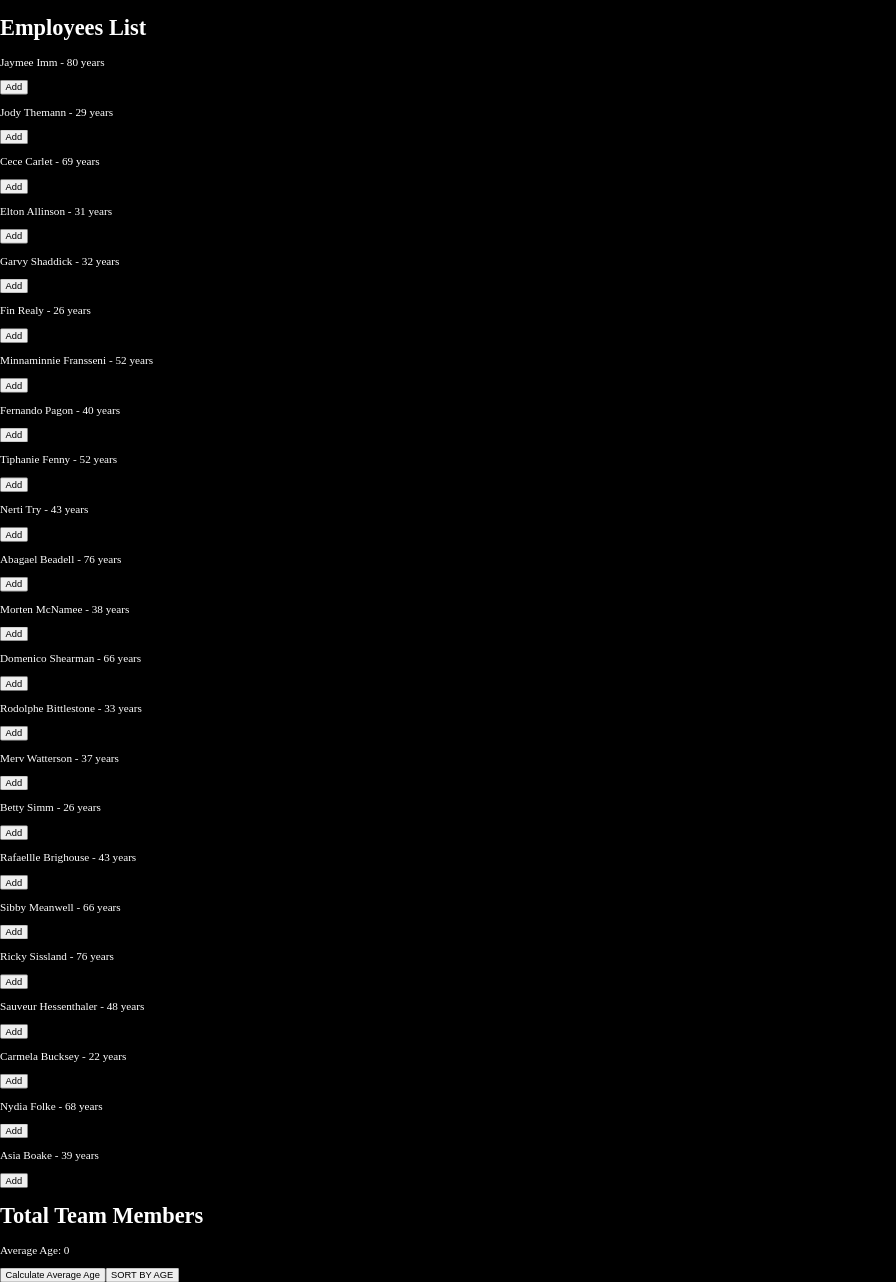
Repository: sriram1224/Teams-list
Page: /
An editor plug-in stored every save of this project. The page is shown before and after the next save, followed by the edit.
The browser window is 1280 px wide. The pictures show the whole page, at 70% of full size.
The project was rebuilt for these pictures with package versions that can differ from the ones it lists, and the page was loaded fresh each time.

Above is the page before, as saved 2024-03-26 21:47:38.

### src/index.css
body {
  margin: 0;
 background-color: black;
 color : white;
}

code {
  font-family: source-code-pro, Menlo, Monaco, Consolas, 'Courier New',
    monospace;
}

### src/App.js
import Main from "./main";
import React from 'react';

function App() {
  return (
    <div >
      <Main />
    </div>
  );
}

export default App;

### src/main.jsx
import React, { useReducer } from 'react';
import EmployeesList from './EmloyeesList';
import TotalEmployees from './TotalEmployees';

const employees = [
  {"id":1,"first_name":"Jaymee","last_name":"Imm","email":"jimm0@craigslist.org","gender":"Genderqueer","age":80},
{"id":2,"first_name":"Jody","last_name":"Themann","email":"jthemann1@skyrock.com","gender":"Agender","age":29},
{"id":3,"first_name":"Cece","last_name":"Carlet","email":"ccarlet2@jalbum.net","gender":"Male","age":69},
{"id":4,"first_name":"Elton","last_name":"Allinson","email":"eallinson3@jugem.jp","gender":"Male","age":31},
{"id":5,"first_name":"Garvy","last_name":"Shaddick","email":"gshaddick4@rediff.com","gender":"Male","age":32},
{"id":6,"first_name":"Fin","last_name":"Realy","email":"frealy5@unc.edu","gender":"Male","age":26},
{"id":7,"first_name":"Minnaminnie","last_name":"Fransseni","email":"mfransseni6@aboutads.info","gender":"Agender","age":52},
{"id":8,"first_name":"Fernando","last_name":"Pagon","email":"fpagon7@blogs.com","gender":"Male","age":40},
{"id":9,"first_name":"Tiphanie","last_name":"Fenny","email":"tfenny8@sakura.ne.jp","gender":"Female","age":52},
{"id":10,"first_name":"Nerti","last_name":"Try","email":"ntry9@shareasale.com","gender":"Female","age":43},
{"id":11,"first_name":"Abagael","last_name":"Beadell","email":"abeadella@unc.edu","gender":"Female","age":76},
{"id":12,"first_name":"Morten","last_name":"McNamee","email":"mmcnameeb@sun.com","gender":"Male","age":38},
{"id":13,"first_name":"Domenico","last_name":"Shearman","email":"dshearmanc@seesaa.net","gender":"Male","age":66},
{"id":14,"first_name":"Rodolphe","last_name":"Bittlestone","email":"rbittlestoned@51.la","gender":"Male","age":33},
{"id":15,"first_name":"Merv","last_name":"Watterson","email":"mwattersone@storify.com","gender":"Male","age":37},
{"id":16,"first_name":"Betty","last_name":"Simm","email":"bsimmf@engadget.com","gender":"Female","age":26},
{"id":17,"first_name":"Rafaellle","last_name":"Brighouse","email":"rbrighouseg@vinaora.com","gender":"Male","age":43},
{"id":18,"first_name":"Sibby","last_name":"Meanwell","email":"smeanwellh@independent.co.uk","gender":"Female","age":66},
{"id":19,"first_name":"Ricky","last_name":"Sissland","email":"rsisslandi@google.it","gender":"Male","age":76},
{"id":20,"first_name":"Sauveur","last_name":"Hessenthaler","email":"shessenthalerj@ocn.ne.jp","gender":"Male","age":48},
{"id":21,"first_name":"Carmela","last_name":"Bucksey","email":"cbuckseyk@acquirethisname.com","gender":"Female","age":22},
{"id":22,"first_name":"Nydia","last_name":"Folke","email":"nfolkel@disqus.com","gender":"Female","age":68},
{"id":23,"first_name":"Asia","last_name":"Boake","email":"aboakem@1und1.de","gender":"Female","age":39}
];
  // Your employee data goes here

function Main() {
  const [state, dispatch] = useReducer(reducer, { employees: employees, team: [] });

  function reducer(state, action) {
    switch(action.type) {
      case 'ADD':
        return {
          ...state,
          employees: state.employees.map(emp => emp.id === action.payload.id ? { ...emp, added: true } : emp),
          team: [...state.team, action.payload]
        };
      case 'DELETE':
        return {
          ...state,
          employees: state.employees.map(emp => emp.id === action.payload.id ? { ...emp, added: false } : emp),
          team: state.team.filter(emp => emp.id !== action.payload.id)
        };
      case 'Calculate_Average':
        const totalAge = state.team.reduce((acc, emp) => acc + emp.age, 0);
        const averageAge = totalAge / state.team.length || 0;
        return {
          ...state,
          averageAge
        };
      case 'sort':
        return {
          ...state,
          team: state.team.sort((a, b) => a.age - b.age),
        };
      default:
        return state;
    }
  }

  return (
    <div>
      <EmployeesList employees={state.employees} dispatch={dispatch} />
      <TotalEmployees team={state.team} dispatch={dispatch} />
    </div>
  );
}

export default Main;

### src/EmloyeesList.jsx
import React from 'react'
import './list.css';

const EmployeesList = ({ employees, dispatch }) => {
    return (
        <div className="employees-list">
            <h1 className="header">Employees List</h1>
            {employees && employees.map(emp => (
                <div key={emp.id} className="employee-item">
                    <span className={emp.added ? "gray-text" : "black-text"}>
                        <p className="employee-info">{emp.first_name} {emp.last_name} - { emp.age} years</p>
                    </span>
                    {!emp.added && (
                        <button className="add-button" onClick={() => dispatch({ type: 'ADD', payload: emp })}>Add</button>
                    )}
                </div>
            ))}
        </div>
    );
}
export default EmployeesList;

### src/TotalEmployees.jsx
import React from "react";


const TotalEmployees = ({ team, dispatch }) => {
    const averageAge = team.reduce((total, emp) => total + emp.age, 0) / team.length;

    return (
        <div className="total-employees">
            <h1 className="header">Total Team Members</h1>
            {team && team.map(emp => (
                <div key={emp.id} className="employee-list">
                    <span className="employee-info">
                        <p>{emp.first_name} {emp.last_name} - {emp.age} years</p>
                    </span>
                    {!emp.added && (
                        <button className="remove-button" onClick={() => dispatch({ type: 'DELETE', payload: emp })}>Remove</button>
                    )}
                </div>
            ))}
            <p className="average-age">Average Age: {team.length > 0 ? averageAge : 0}</p>
            <button className="average-button" onClick={() => dispatch({ type: "Calculate_Average" })}>
                Calculate Average Age
            </button>
            <button className="sort-button" onClick={() => dispatch({ type: "sort" })}>
                SORT BY AGE
            </button>
        </div>
    );
}

export default TotalEmployees;

### src/list.css
.emoployeeList{
    display: flex;

    justify-content: space-around;
    margin: 0 auto;
    padding: 0;
    list-style: none;
}

Loaded but not shown: public/index.html (common file); src/index.js (common file); src/reportWebVitals.js (common file)

After the next save:
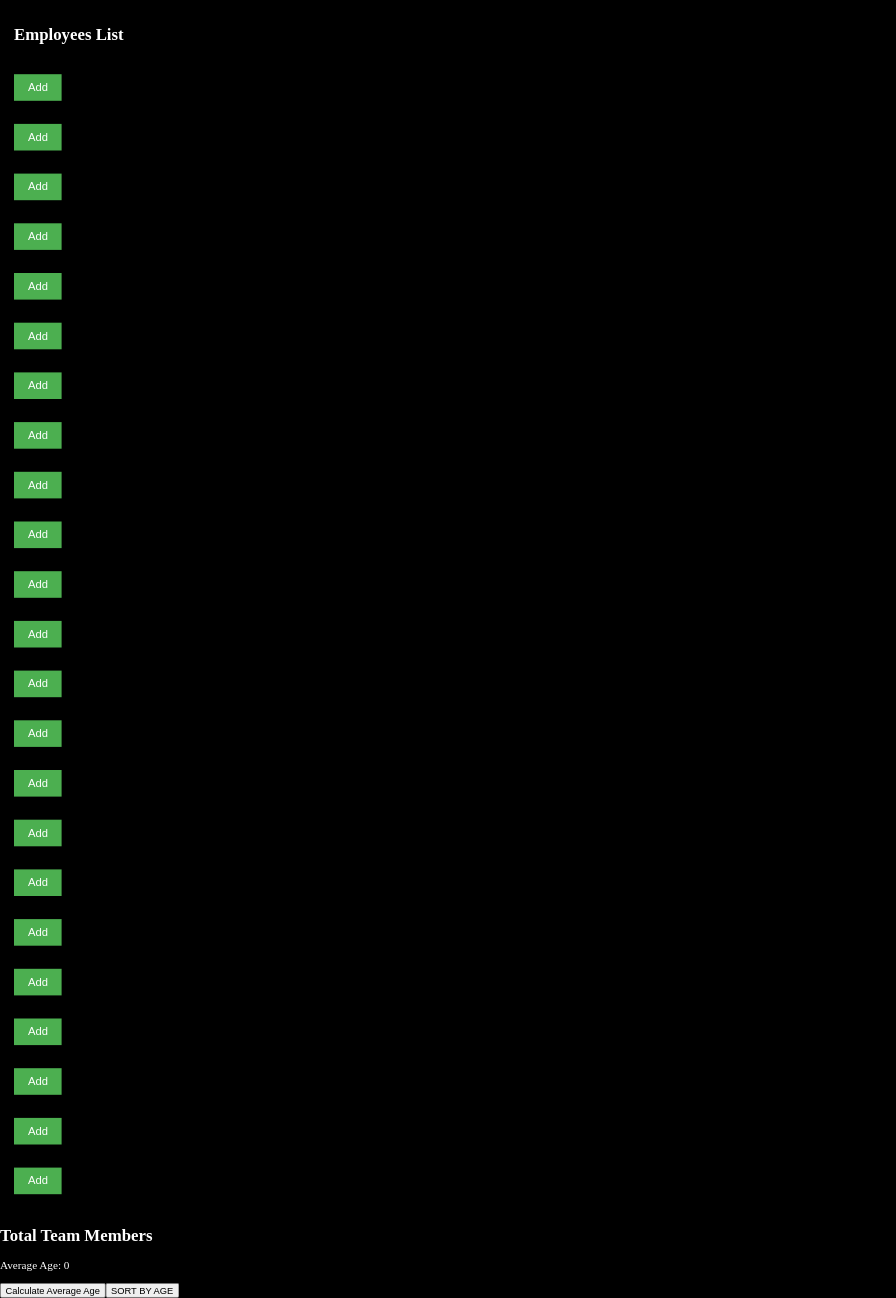
Saved 70 s later.
--- a/src/list.css
+++ b/src/list.css
@@ -1,8 +1,48 @@
-.emoployeeList{
-    display: flex;
+.employees-list {
+    padding: 20px;
+}
 
-    justify-content: space-around;
-    margin: 0 auto;
-    padding: 0;
-    list-style: none;
+.header {
+    font-size: 24px;
+    margin-bottom: 20px;
 }
+
+.employee-item {
+    margin-bottom: 10px;
+}
+
+.employee-info {
+    margin: 0;
+}
+
+.add-button {
+    background-color: #4CAF50;
+    /* Green */
+    border: none;
+    color: white;
+    padding: 10px 20px;
+    text-align: center;
+    text-decoration: none;
+    display: inline-block;
+    font-size: 16px;
+    margin-top: 5px;
+    cursor: pointer;
+}
+
+.gray-text {
+    color: gray;
+}
+
+.black-text {
+    color: black;
+}
+
+.border-gradient {
+    border: 10px solid;
+    border-image-slice: 1;
+    border-width: 5px;
+}
+
+.border-gradient-purple {
+    border-image-source: linear-gradient(to left, #743ad5, #d53a9d);
+}
